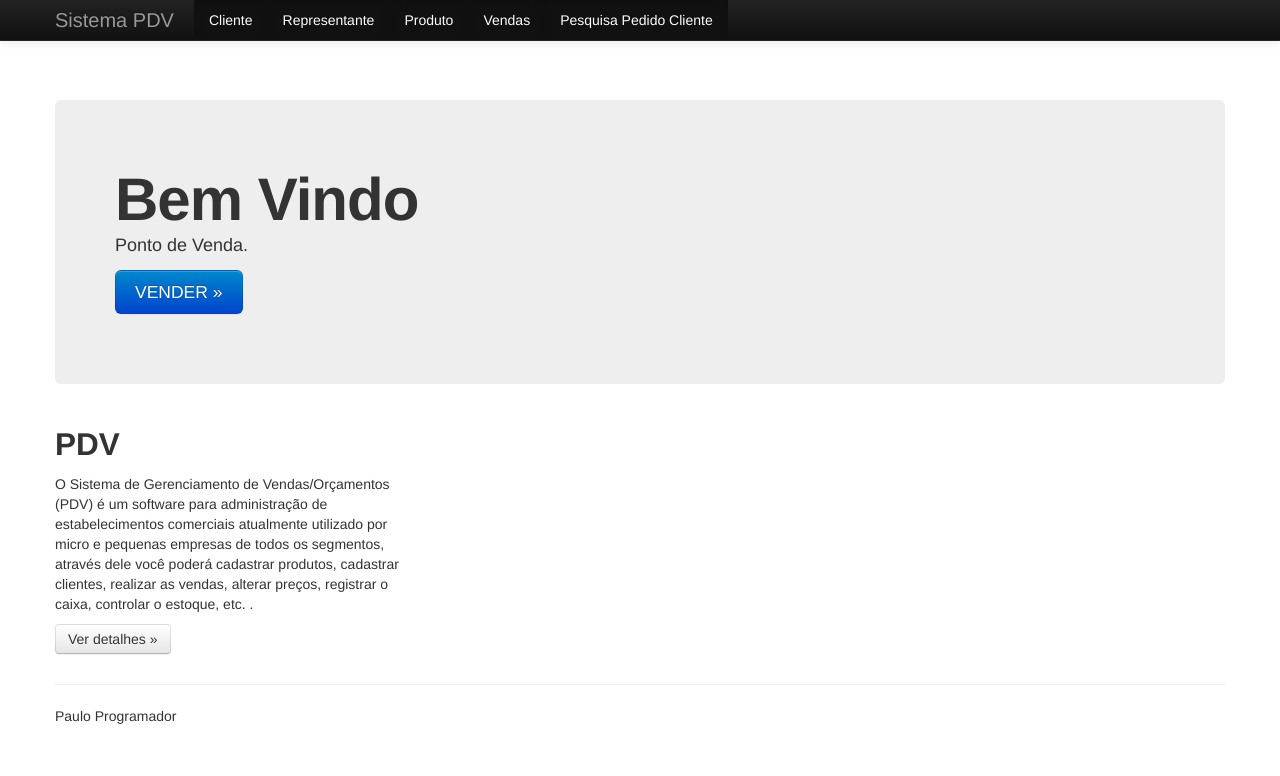
Repository: PauloCeami/Vendas-JSF-E-JAVAEE
Page: http://localhost/PDV/inicio.jsp
These files come from the project's save history. The page is drawn as it stood at one moment and after the next save; the edit follows.
The browser window is 1280 px wide. The pictures show the whole page.
The page is served by Tomcat 9.

Above is the page before, as saved 2013-05-26 17:09:22.

After the next save:
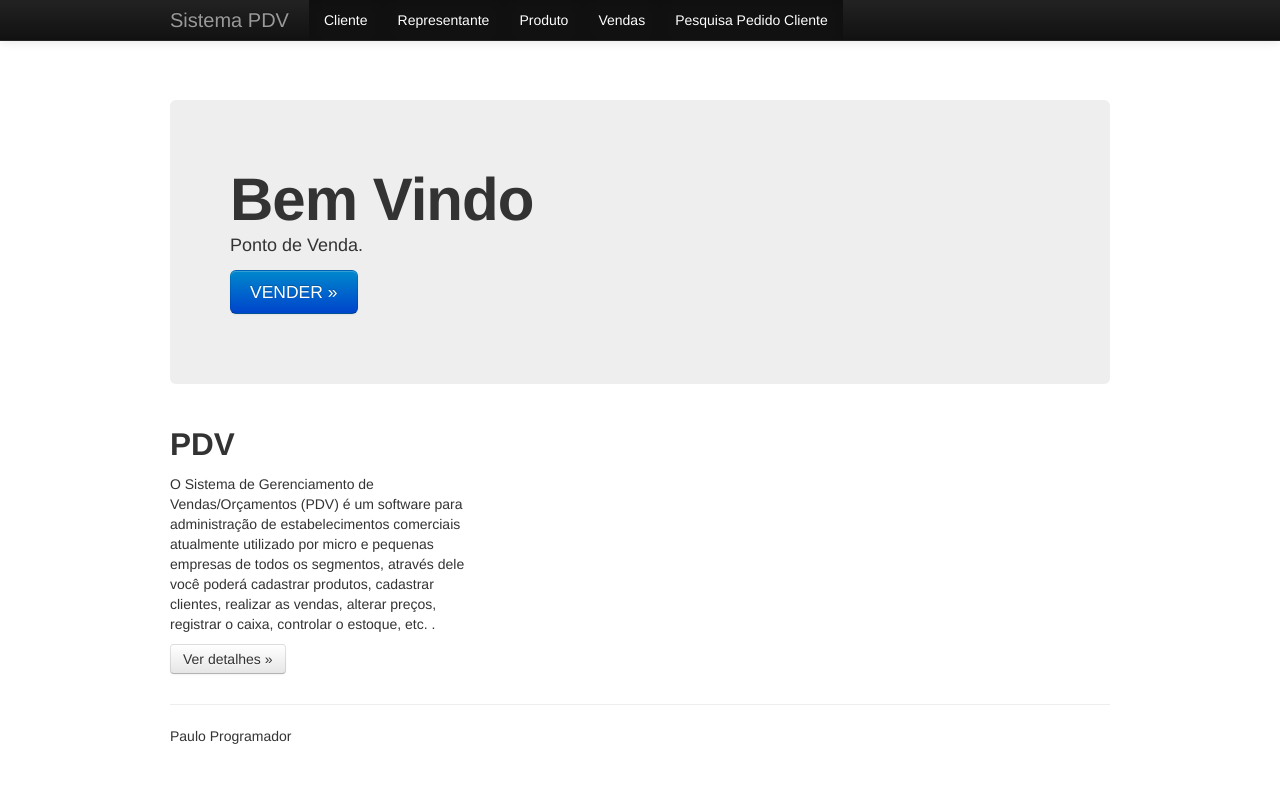
Saved 41 s later.
--- a/PDV/WebContent/inicio.jsp
+++ b/PDV/WebContent/inicio.jsp
@@ -25,7 +25,7 @@
 
 
         <style type="text/css">
-            <%@ include  file="css/bootstrap-responsive.css"%>
+
         </style>
 
         <!-- HTML5 shim, for IE6-8 support of HTML5 elements -->
